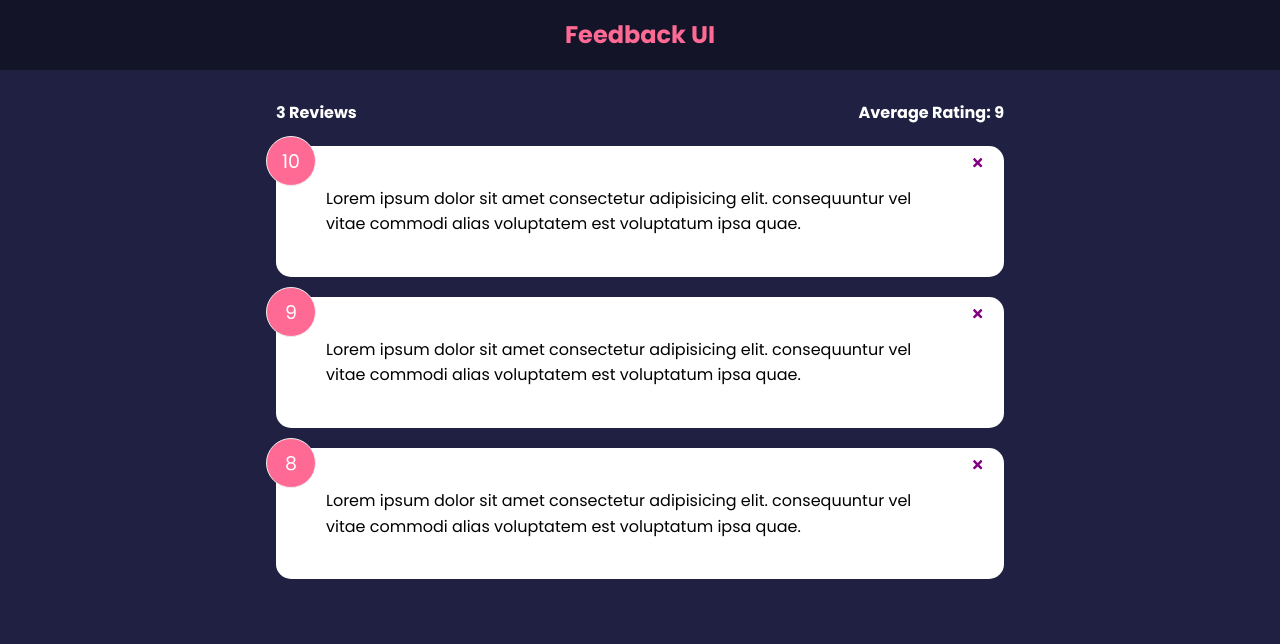
Repository: minhtien9/Feedback_App
Page: /
An editor plug-in stored every save of this project. The page is shown before and after the next save, followed by the edit.
The browser window is 1280 px wide. The pictures show the whole page.
The project was rebuilt for these pictures with package versions that can differ from the ones it lists, and the page was loaded fresh each time.

Above is the page before, as saved 2022-02-18 14:17:57.

After the next save:
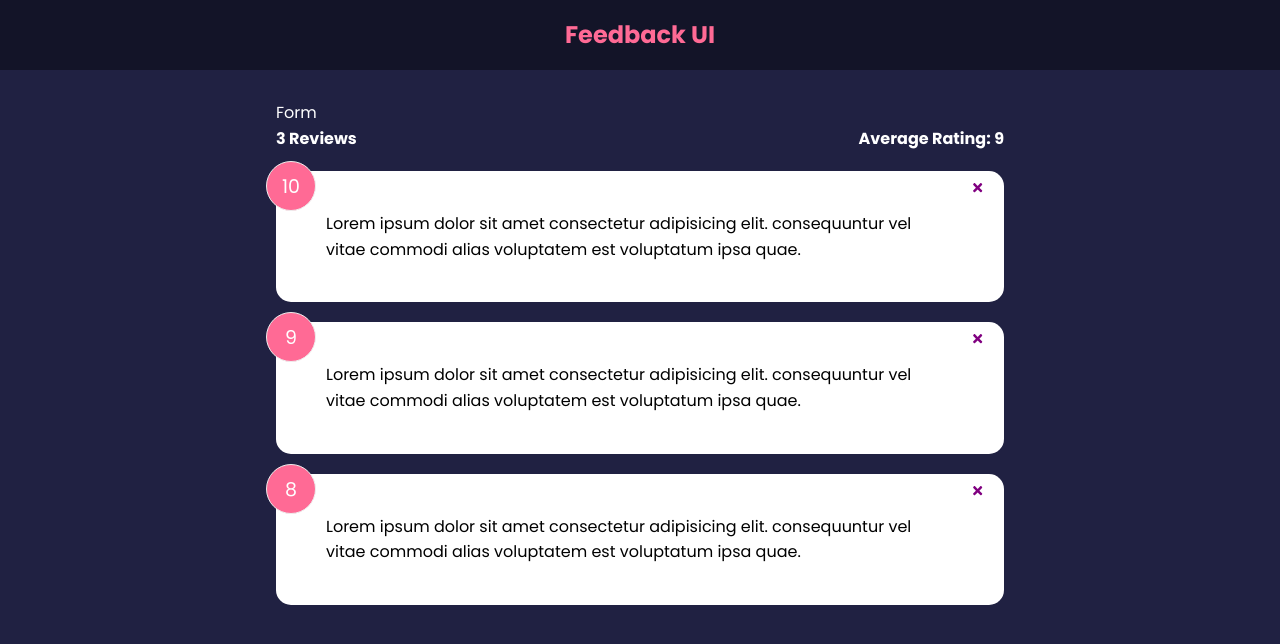
Saved 17 s later.
--- a/src/components/FeedbackForm.jsx
+++ b/src/components/FeedbackForm.jsx
@@ -4,7 +4,7 @@ import PropTypes from 'prop-types'
 FeedbackForm.propTypes = {}
 
 function FeedbackForm(props) {
-    return <div></div>
+    return <div>Form</div>
 }
 
 export default FeedbackForm
